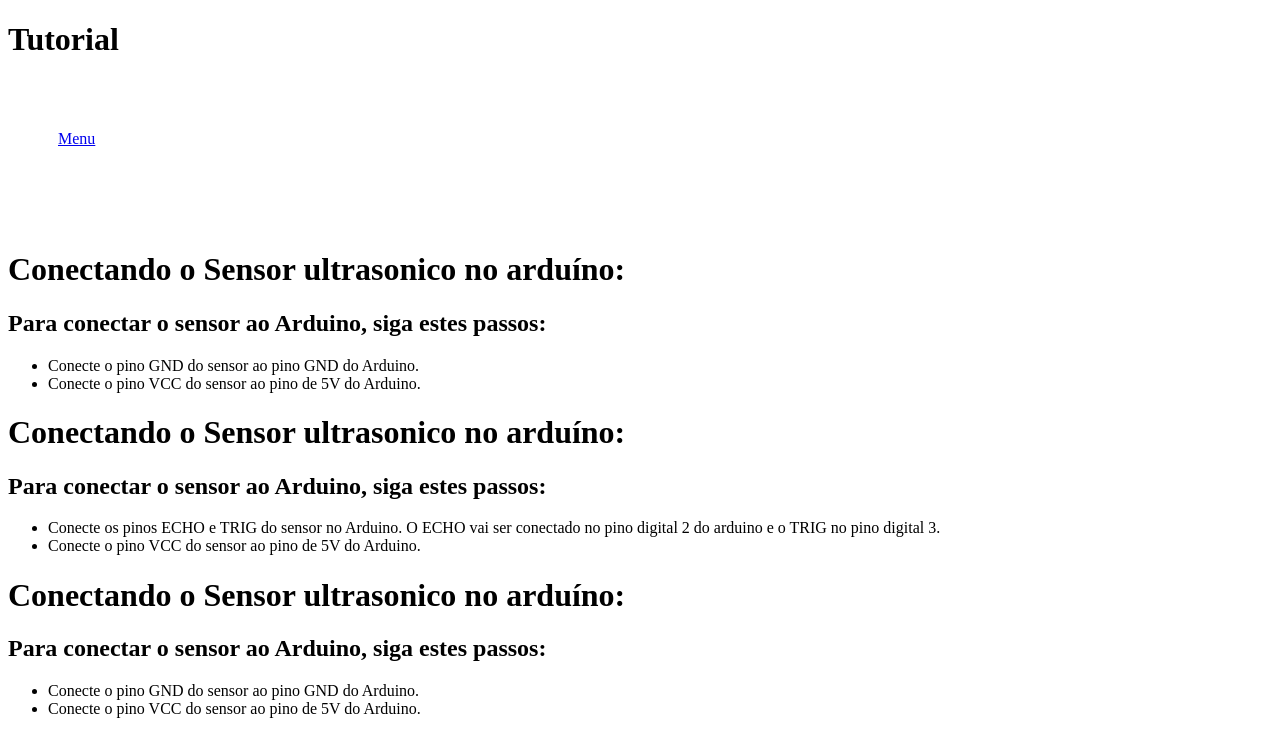
Repository: Eito2511/Site-tutorial-arduino
Page: tutorial.html
The author's editor kept a copy of each file at every save. The page is drawn from the files as they stood at one save, then again after the next save.
The browser window is 1280 px wide. The pictures show the whole page.

Above is the page before, as saved 2025-06-03 18:16:34.

### tutorial.html
<!DOCTYPE html>
<html lang="en">
  <head>
    <meta charset="UTF-8" />
    <meta name="viewport" content="width=device-width, initial-scale=1.0" />
    <title>Tutorial</title>
  </head>
  <body>
    <header>
      <h1 class="titulo">Tutorial</h1>
    </header>

    <section style="height: 50px; padding: 50px">
      <a href="index.html" class="btn">Menu</a>
    </section>

    <div>
      <h1>Conectando o Sensor ultrasonico no arduíno:</h1>
      <h2>Para conectar o sensor ao Arduino, siga estes passos:</h2>
      <ul>
        <li>Conecte o pino GND do sensor ao pino GND do Arduino.</li>
        <li>Conecte o pino VCC do sensor ao pino de 5V do Arduino.</li>
      </ul>
    </div>

    <div>
      <h1>Conectando o Sensor ultrasonico no arduíno:</h1>
      <h2>Para conectar o sensor ao Arduino, siga estes passos:</h2>
      <ul>
        <li>Conecte os pinos ECHO e TRIG do sensor no Arduino. O ECHO vai ser conectado no pino digital 2 do arduino e o TRIG no pino digital 3.</li>
        <li>Conecte o pino VCC do sensor ao pino de 5V do Arduino.</li>
      </ul>
    </div>

    <div>
      <h1>Conectando o Sensor ultrasonico no arduíno:</h1>
      <h2>Para conectar o sensor ao Arduino, siga estes passos:</h2>
      <ul>
        <li>Conecte o pino GND do sensor ao pino GND do Arduino.</li>
        <li>Conecte o pino VCC do sensor ao pino de 5V do Arduino.</li>
      </ul>
    </div>
  </body>
</html>

After the next save:
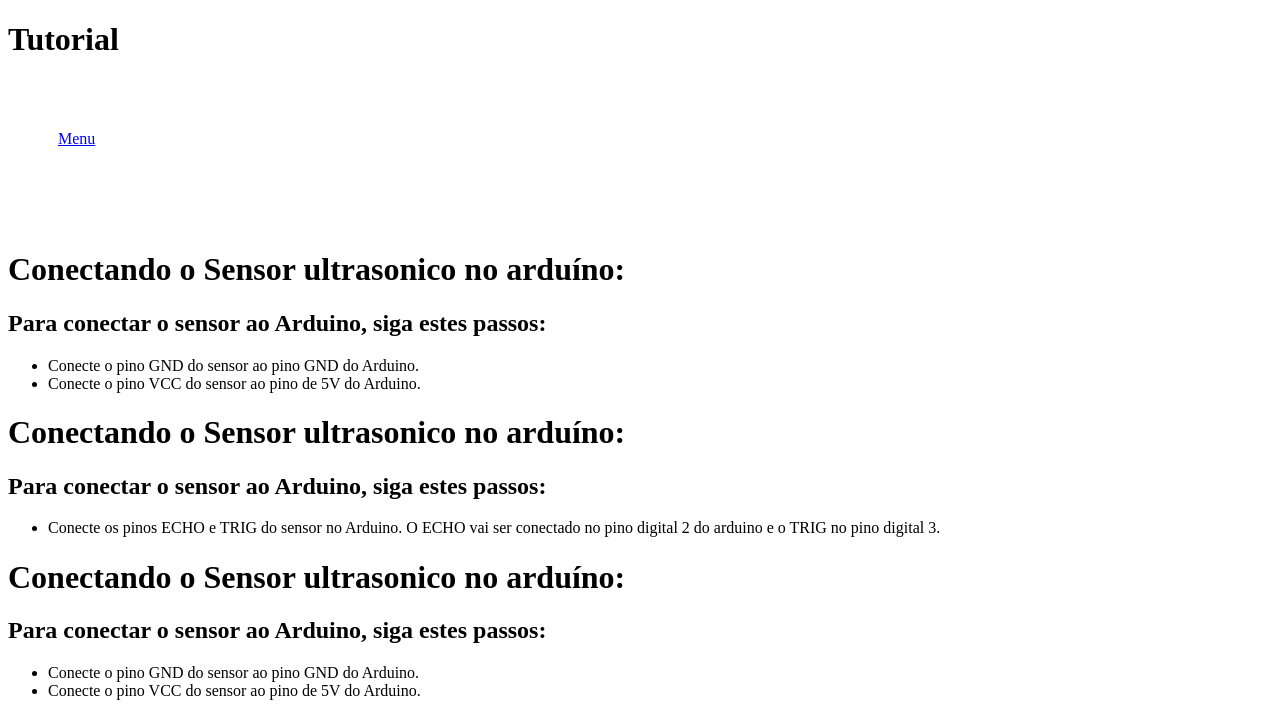
Saved 5 s later.
--- a/tutorial.html
+++ b/tutorial.html
@@ -28,7 +28,7 @@
       <h2>Para conectar o sensor ao Arduino, siga estes passos:</h2>
       <ul>
         <li>Conecte os pinos ECHO e TRIG do sensor no Arduino. O ECHO vai ser conectado no pino digital 2 do arduino e o TRIG no pino digital 3.</li>
-        <li>Conecte o pino VCC do sensor ao pino de 5V do Arduino.</li>
+
       </ul>
     </div>
 
